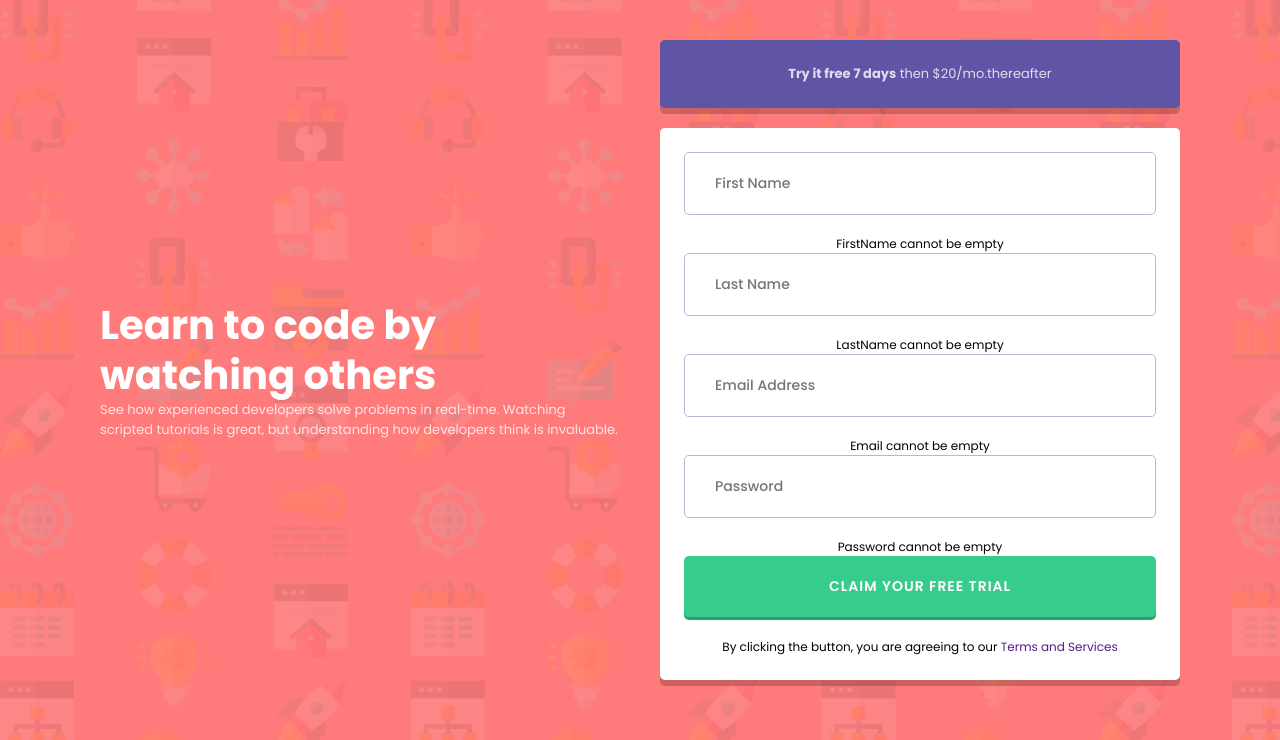
Repository: Akashiii1/WebSignup_Form_Day2
Page: index.html
An editor plug-in stored every save of this project. The page is shown before and after a run of saves, followed by the edit.
The browser window is 1280 px wide. The pictures show the whole page.

Above is the page before, as saved 2021-12-19 17:22:08.

### index.html
<!DOCTYPE html>
<html lang="en">
  <head>
    <meta charset="UTF-8" />
    <meta name="viewport" content="width=device-width, initial-scale=1.0" />
    <!-- displays site properly based on user's device -->

    <link
      rel="icon"
      type="image/png"
      sizes="32x32"
      href="./images/favicon-32x32.png"
    />

    <title>Frontend Mentor | Intro component with sign up form</title>

    <!-- Feel free to remove these styles or customise in your own stylesheet 👍 -->
    <link rel="stylesheet" href="style.css" />
    <style>
      .attribution {
        font-size: 11px;
        text-align: center;
      }

      .attribution a {
        color: hsl(228, 45%, 44%);
      }
    </style>
  </head>

  <body>
    <!--




  First Name
  Last Name
  Email Address
  Password



   -->
    <div class="container">
      <div>
        <h1>Learn to code by watching others</h1>
        <p>
          See how experienced developers solve problems in real-time. Watching
          scripted tutorials is great, but understanding how developers think is
          invaluable.
        </p>
      </div>
      <div>
        <div class="box box-blue">
          <p><strong> Try it free 7 days</strong> then $20/mo.thereafter</p>
        </div>
        <form action="" class="box" id="form">
          <div class="form-control">
            <input type="text" id="firstName" placeholder="First Name"/>
            <small>FirstName cannot be empty</small>
          </div>
          <div class="form-control">
            <input type="text" id="lastName" placeholder="Last Name"/>
            <small>LastName cannot be empty</small>
          </div>
          <div class="form-control">
            <input type="email" id="email" placeholder="Email Address"/>
            <small> Email cannot be empty </small>
            <!-- <small> Email is not valid</small> -->

          </div>
          <div class="form-control">
            <input type="password" id="passWord" placeholder="Password"/>
            <small> Password cannot be empty </small>
          </div>
          <button>Claim your free trial</button>
          <small
            >By clicking the button, you are agreeing to our
            <a href="">Terms and Services</a></small
          >
        </form>
      </div>
    </div>
    <!-- <footer>
      <p class="attribution">
        Challenge by
        <a href="https://www.frontendmentor.io?ref=challenge" target="_blank"
          >Frontend Mentor</a
        >. Coded by <a href="#">Your Name Here</a>.
      </p>
    </footer> -->
    <script src="app.js"></script>
  </body>
</html>

### style.css
@import url('https://fonts.googleapis.com/css2?family=Poppins:wght@400;500;600;700&display=swap');
html {
box-sizing: border-box;
font-size: 100%;
}
*{
margin: 0;
padding: 0;
}
*,*:before,*:after {
box-sizing: border-box;
}
input,
textarea,
select,
button{
outline: none;
}
input{
line-height: normal;
}
label,
button{
cursor: pointer;
}
a {
text-decoration: none;
}
img {
display: block;
max-width: 100%;
}
body{
  font-family: 'Poppins', sans-serif;
  background-image: url(images/bg-intro-desktop.png);
  background-size: cover;
  background-color: hsl(0, 100%, 74%) ;
  color: #fff;
  /* display: flex;
  justify-content: center;
  align-items: center; */
  overflow: hidden;
}
.container{
  display: flex;
  flex-wrap: wrap;
  max-width: 1200px;
  padding: 40px;
  justify-content: center;
  align-items: center;
  min-height: 100vh;
  margin-left: auto;
  margin-right: auto;

}
.container > div{
  flex: 1;
  padding: 0 20px;
}
.container h1{
  font-size: 40px;
  line-height: 50px;
}
.container p{
  opacity: 0.8;
  font-size: 13px;
}
.box{
  box-shadow: 0 6px rgba(0,0,0,.2);
  background-color: #fff;
  border-radius: 5px;
  margin-bottom: 20px;
  padding: 24px;
  text-align: center;
}
.box-blue{
  background-color: hsl(248, 32%, 49%) ;
}
.box p{

}
input{
  display: block;
  width: 100%;
  padding: 20px 30px;
  border-radius: 5px;
  font-weight: 500;
  font-size: 14px;
  outline: none;
  border: 1.3px solid hsl(246, 25%, 77%) ;
  font-family: 'Poppins', sans-serif;

}
input:focus{
  border:1.3px solid hsl(248, 32%, 49%);
  outline: none;
}
button{
  display: block;
  width: 100%;
  padding: 20px 30px;
  border-radius: 5px;

  font-size: 14px;

  border: 0;
  /* border: 1px solid hsl(246, 25%, 77%) ; */
  font-family: 'Poppins', sans-serif;
  background-color: hsl(154, 59%, 51%);
  color: #fff;
  font-weight: 600;
  letter-spacing: 1px;
  text-transform: uppercase;
  border-bottom: 1px solid hsl(154, 59%, 40%);
  box-shadow: 0 2px hsl(154, 59%, 40%);
  transition: all 4s ease;

}
button:focus{
  outline: none;
}
button:active{
 box-shadow: 0 0 hsl(154, 59%, 40%);
  transform: translateY(2px);
}
.box small{
  color:#000;
  font-size: 12px;
  display: block;
  margin-top: 20px;

}

### app.js
const form=document.querySelector("#form");
form.addEventListener("submit",function(e){
  e.preventDefault();
  console.log(e.target);
})

After the next 2 saves:
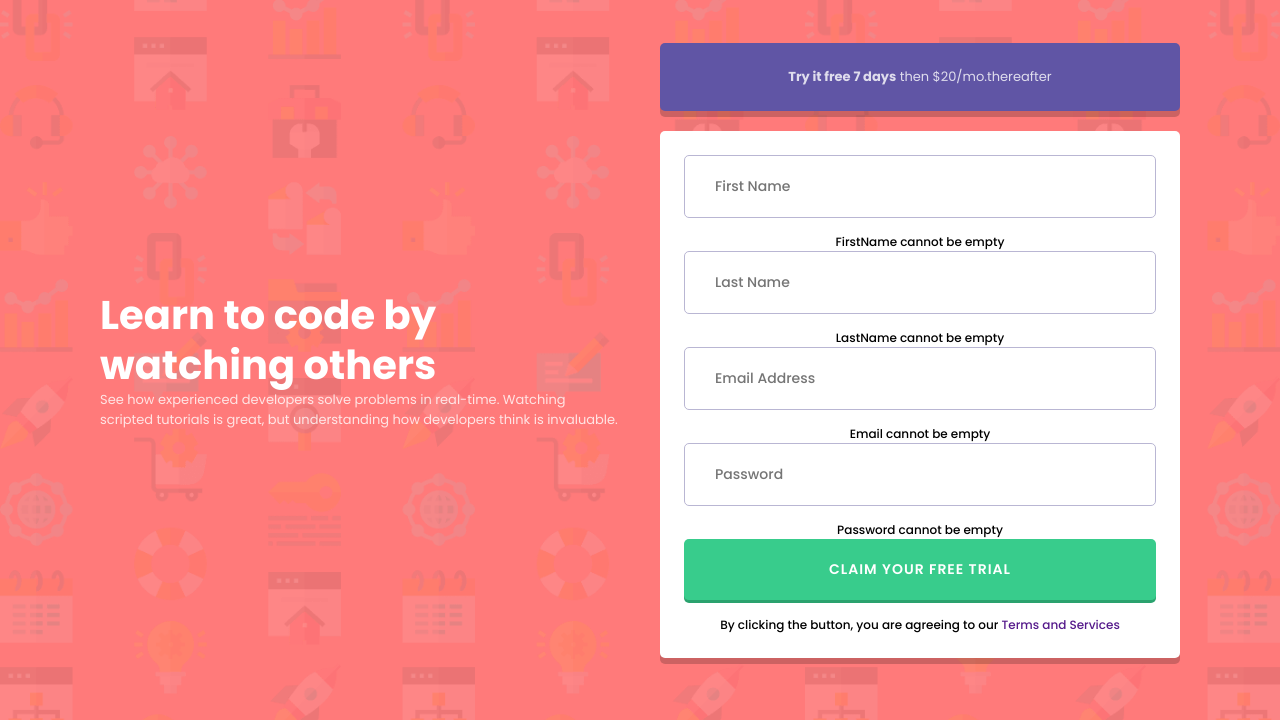
The 2 saves are shown as one change because they came seconds apart.
The last was saved 26 s later.
--- a/style.css
+++ b/style.css
@@ -127,6 +127,7 @@ button:active{
   color:#000;
   font-size: 12px;
   display: block;
-  margin-top: 20px;
+  margin-top: 15px;
+  font-weight: 500;
 
 }
